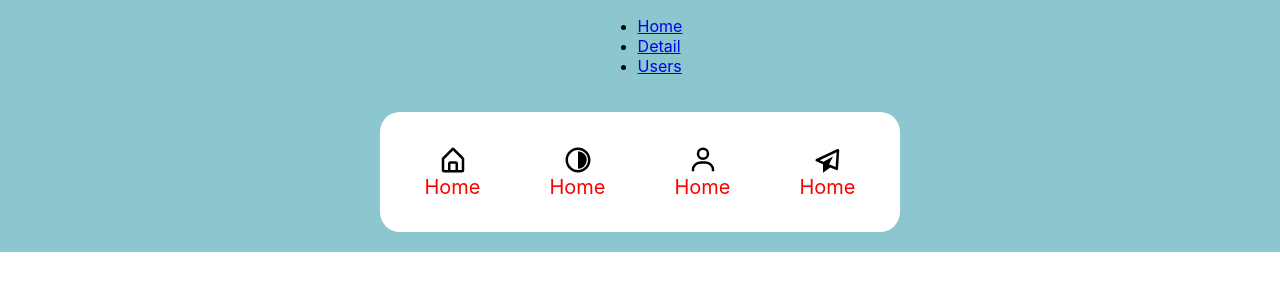
Repository: lethinh2003/pokemon_reactjs
Page: /
The author's editor kept a copy of each file at every save. The page is drawn from the files as they stood at one save, then again after the next save.
The browser window is 1280 px wide. The pictures show the whole page.
The page's requests for data from a server got no answer. The project was rebuilt for these pictures with package versions that can differ from the ones it lists, and the page was loaded fresh each time. A package was used in the major version that the imports need, not the one package.json lists. No one was signed in, and anything a server would have sent is missing. Also part of the build but not shown: src/App.css, src/view/Pokemon.scss, src/styles/pokemonDetail.scss, src/view/PokemonDetail.jsx.

Above is the page before, as saved 2021-11-28 11:26:50.

### public/index.html
<!DOCTYPE html>
<html lang="en">
  <head>
    <meta charset="utf-8" />
    <link rel="icon" href="%PUBLIC_URL%/favicon.ico" />
    <meta name="viewport" content="width=device-width, initial-scale=1" />
    <meta name="theme-color" content="#000000" />
    <meta
      name="description"
      content="Web site created using create-react-app"
    />
    <link rel="apple-touch-icon" href="%PUBLIC_URL%/logo192.png" />


    <!--
      manifest.json provides metadata used when your web app is installed on a
      user's mobile device or desktop. See https://developers.google.com/web/fundamentals/web-app-manifest/
    -->
    <link rel="manifest" href="%PUBLIC_URL%/manifest.json" />
    <!--
      Notice the use of %PUBLIC_URL% in the tags above.
      It will be replaced with the URL of the `public` folder during the build.
      Only files inside the `public` folder can be referenced from the HTML.

      Unlike "/favicon.ico" or "favicon.ico", "%PUBLIC_URL%/favicon.ico" will
      work correctly both with client-side routing and a non-root public URL.
      Learn how to configure a non-root public URL by running `npm run build`.
    -->
    <title>React App</title>
  </head>
  <body>
    <noscript>You need to enable JavaScript to run this app.</noscript>
    <div id="root"></div>
    <!--
      This HTML file is a template.
      If you open it directly in the browser, you will see an empty page.

      You can add webfonts, meta tags, or analytics to this file.
      The build step will place the bundled scripts into the <body> tag.

      To begin the development, run `npm start` or `yarn start`.
      To create a production bundle, use `npm run build` or `yarn build`.
    -->
  </body>
</html>

### src/App.js
import logo from './logo.svg';
import './App.css';
import './styles/body.scss';
import Pokemon from './view/Pokemon';
import PokemonDetail from './view/PokemonDetail';
import Nav from './view/Nav';
import {
  BrowserRouter as Router,
  Switch,
  Route,
  Link
} from "react-router-dom";


function App() {
  return (
    <>

        <div className="container">

        <Router>
        <div>
        <nav>
          <ul>
            <li>
              <Link to="/">Home</Link>
            </li>
            <li>
              <Link to="/detail">Detail</Link>
            </li>
            <li>
              <Link to="/users">Users</Link>
            </li>
          </ul>
        </nav>
        </div>
        <Switch>
          <Route path="/" exact>
            <Nav />
            <Pokemon />
          </Route>

          <Route path="/detail/:id" exact>
          <PokemonDetail />

          </Route>
          <Route path="/">

          </Route>
        </Switch>
        </Router>

        </div>
    </>
  );
}

export default App;

### src/styles/body.scss
.container {
  background-color: rgba(29, 143, 158, 0.507);
  display: flex;
  justify-content: center;
  align-items: center;
  flex-direction: column;
}

.card-body {
  display: flex;
  gap: 20px;
  justify-content: center;
  flex-wrap: wrap;
  position: relative;
}

@media (max-width: 735px) {
  .card-body {
  }
}
.card-item {
  width: 260px;
  height: 350px;
  background-color: rgb(75, 72, 72);
  border-radius: 20px;
  margin-left: 20px;
  position: relative;
  box-shadow: 2px 2px 8px 2px #5e5353;
  background-image: linear-gradient(45deg, #d90e0e, #2016dfcf);
  &:nth-child(2n + 1) {
    background-image: linear-gradient(90deg, #d90e0e, #2016dfcf);
  }

  &__body {
    align-items: center;
    position: absolute;
    background-color: #fff;
    width: 230px;
    height: 325px;
    left: 50%;
    top: 50%;
    transform: translate(-50%, -50%);
    display: flex;
    flex-direction: column;
  }
  &__img {
    height: 255px;
    border-bottom: 2px solid black;
    width: 100%;
    & img {
      width: 100%;
      height: 100%;
      object-fit: contain;
    }
  }
  &__info {
    height: 50px;
    display: flex;
    flex-direction: column;
    align-items: center;
  }
  &__name {
    color: black;
    font-weight: bold;
    text-transform: capitalize;
  }
  &__type {
    font-size: 15px;
    color: white;
    gap: 10px;
    text-transform: capitalize;
    display: flex;
    justify-content: center;
    align-items: center;
  }
  & .type-btn {
    width: 67px;
    height: 16px;
    display: flex;
    justify-content: center;
    align-items: center;
  }
}

.detail {
  background-color: #c5ee0d;
  cursor: pointer;
  color: rgb(66, 46, 46);
  padding: 2px;
  font-weight: bold;
  border-radius: 5px;
}
.pokemon-search {
  margin: 20px;
  color: black;
}
.pokemon-more {
  position: absolute;
  bottom: 0;

  left: 50%;
  transform: translateX(-50%);
  margin: 20px 0;
  background-image: linear-gradient(
    to right,
    rgb(65, 56, 195),
    rgb(46, 6, 226)
  );
  display: flex;
  justify-content: center;
  align-items: center;
  width: 200px;
  height: 50px;
  border-radius: 10px;
  cursor: pointer;
}

### src/view/Pokemon.jsx
import axios from 'axios';
import useFetch from '../custom/useFetch';
import './Pokemon.scss';
import { useState, useEffect, useImperativeHandle } from 'react';
import PokemonDetail from './PokemonDetail';
import 'aos/dist/aos.css';
import {Link} from "react-router-dom";
import Aos from 'aos';
const  Pokemon = () => {
    let { data, isLoading } =  useFetch(`https://pokeapi.co/api/v2/pokemon?limit=100`);
    let currentData =  data.results;

    useEffect(() => {
        Aos.init({
            offset: 80,
            duration: 400,
            easing: 'ease-in-sine',
            delay: 50,
        });

      }, []);

    return(
        <>

        {isLoading === true &&

            <div class="lds-ellipsis"><div></div><div></div><div></div><div></div></div>


            }
            <div className="card-body">

        {isLoading === false && currentData && currentData.length > 0 && currentData.map((item, index) => {
            return(
                <div className="card-item" data-aos="fade-up">
        <div className="card-item__body">
        <div className="card-item__img"><img alt="pokemon" src={`https://img.pokemondb.net/artwork/large/${item.name}.jpg`}/></div>
        <div className="card-item__info">
        <div className="card-item__name">{item.name}</div>
        <div className="card-item__type">
        <Link to={"/detail/" + parseInt(index+1)}><div className="type-btn detail"><span className="desc-type">Detail</span></div></Link>



            {/* <div className="type-btn gass"><span className="desc-type">Gass</span></div>
            <div className="type-btn gass"><span className="desc-type">Gass</span></div> */}



        </div>
        </div>
        </div>

        </div>

            )


        })}

        </div>

        </>


    )


}
export default Pokemon;

### src/view/Nav.jsx
import '../styles/nav.scss';
import { BiHomeAlt, BiAdjust, BiUser, BiPaperPlane } from "react-icons/bi";
const Nav = () => {
    return(
        <>
        <div className="navigation">
            <div className="home">
                <BiHomeAlt />
                <span className="desc-icon">Home</span>
            </div>
            <div className="home">
                <BiAdjust />
                <span className="desc-icon">Home</span>
            </div>
            <div className="home">
                <BiUser />
                <span className="desc-icon">Home</span>
            </div>
            <div className="home">
                <BiPaperPlane />
                <span className="desc-icon">Home</span>
            </div>
        </div>
        </>
    )

}
export default Nav;

### src/custom/useFetch.js
import { useEffect, useState } from "react";
import axios from "axios";
const useFetch = (url) => {
    const [data, setData] = useState([]);
    const [isLoading, setIsLoading] = useState(true);

    useEffect(() => {
        const ourRequest = axios.CancelToken.source() // <-- 1st step

            async function fetchData() {
                try {
                let res = await axios.get(url, {
                    cancelToken: ourRequest.token, // <-- 2nd step
                  })
                let data = (res && res.data) ? res.data : [];
                if (data && data.length > 0) {
                    data.map(item => {

                        return item;
                    })

                }
                setData(data);
                setIsLoading(false);
            }
            catch (err) {
                if (axios.isCancel(err)) {
                    console.log('Request canceled', err.message);
                } else {
                    // handle error
                    setIsLoading(false);
                  }
            }



        }
        fetchData();
        return () => {
            ourRequest.cancel('This is message error!') // <-- 3rd step
          }

    }
    , []);

    return {
        data, isLoading
    }

}

export default useFetch;

### src/styles/nav.scss
.navigation {
  background-color: white;
  height: 100px;
  width: 500px;
  border-radius: 20px;
  margin: 20px;
  padding: 10px;
  display: flex;
  align-items: center;
  justify-content: space-around;
  & .home {
    display: flex;
    justify-content: center;
    align-items: center;
    width: 100px;
    flex-direction: column;
    height: 100px;
    font-size: 30px;
    border-radius: 10px;
    &:hover svg {
      color: rgb(78, 68, 219);
      transform: translateY(-10px);
    }
    & .desc-icon {
      font-size: 20px;
      color: red;
    }
  }
}

Loaded but not shown: src/index.js (common file); src/index.css (common file); src/reportWebVitals.js (common file)

After the next save:
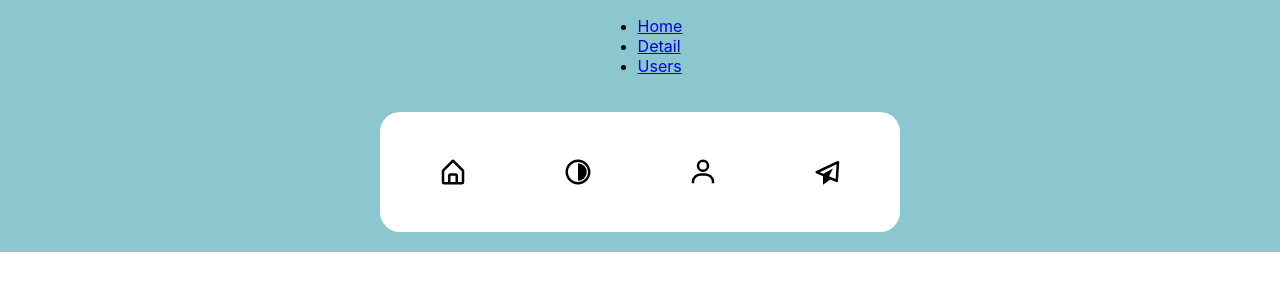
Saved 41 s later.
--- a/src/styles/nav.scss
+++ b/src/styles/nav.scss
@@ -24,6 +24,10 @@
     & .desc-icon {
       font-size: 20px;
       color: red;
+      display: none;
+    }
+    &:hover .desc-icon {
+      display: block;
     }
   }
 }
